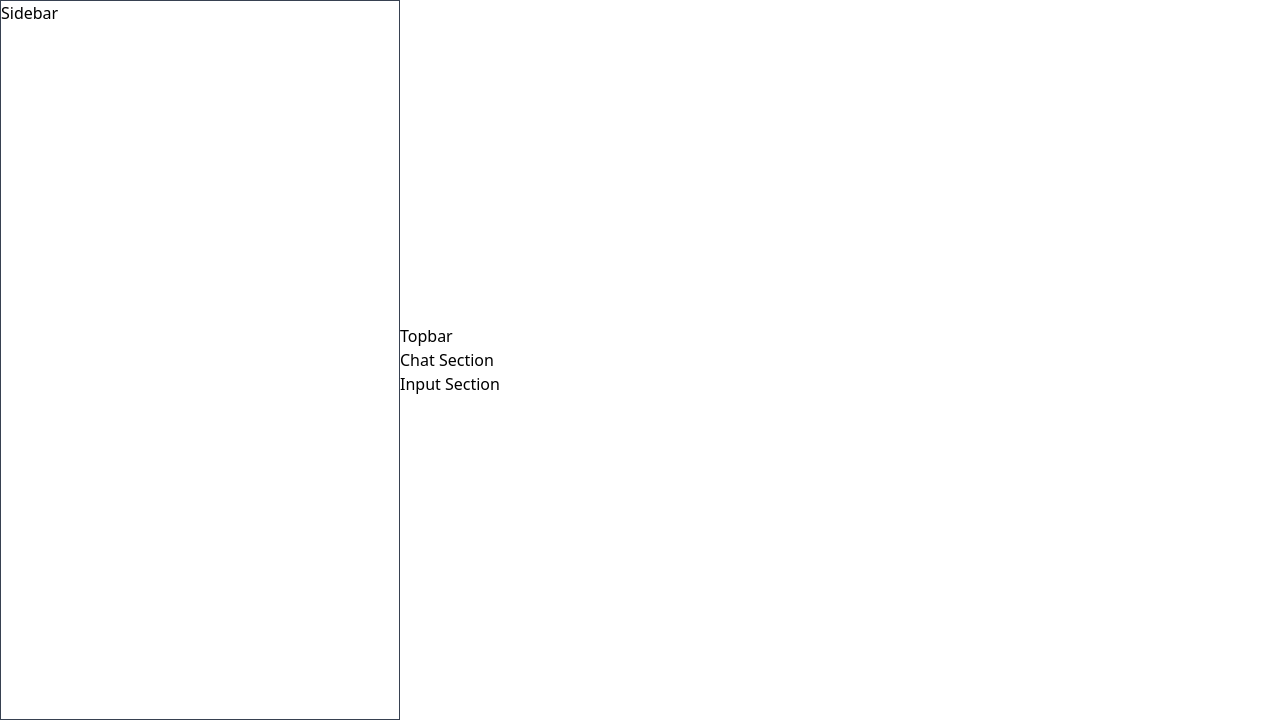
Repository: Qu4ntumGuy/telegram-clone
Page: /
These files come from the project's save history. The page is drawn as it stood at one moment and after the next save; the edit follows.
The browser window is 1280 px wide. The pictures show the whole page.
The project was rebuilt for these pictures with package versions that can differ from the ones it lists, and the page was loaded fresh each time. Also part of the build but not shown: src/Utils/ContextProvider.js.

Above is the page before, as saved 2024-07-15 10:55:21.

After the next save:
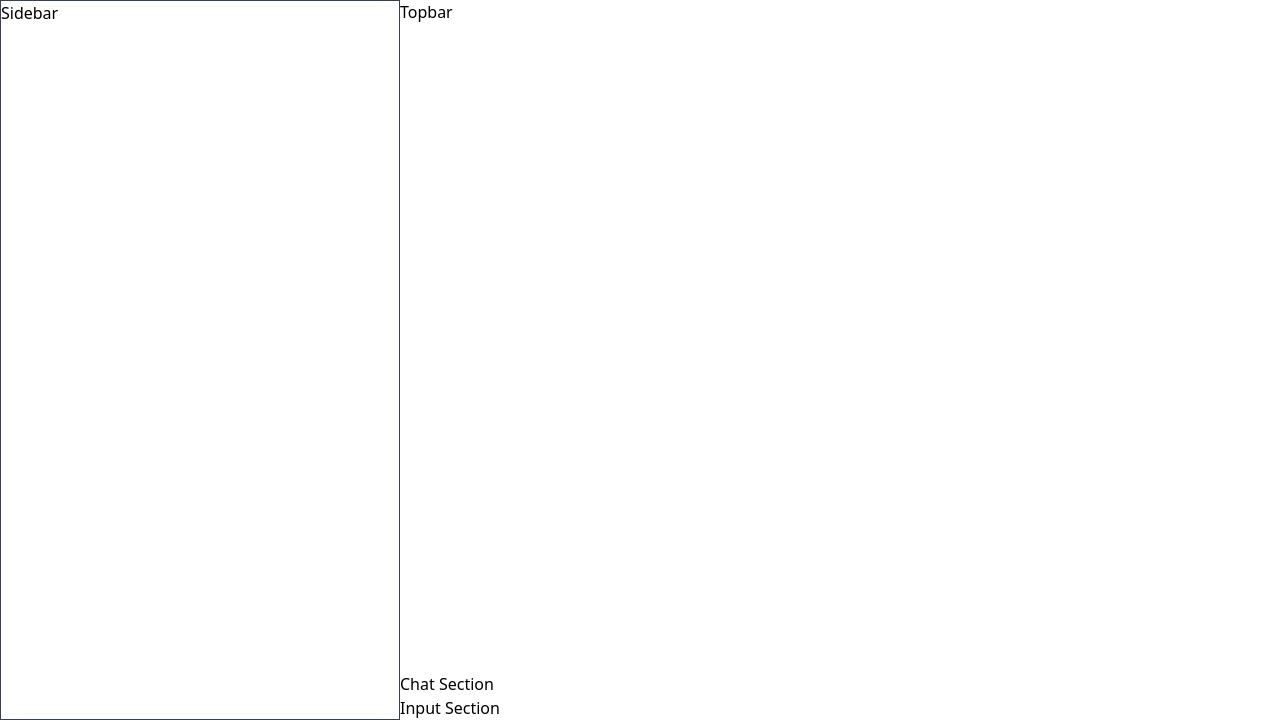
Saved 30 s later.
--- a/src/Pages/Home/Home.js
+++ b/src/Pages/Home/Home.js
@@ -3,7 +3,7 @@ import React from "react";
 function Home() {
   return (
     <div className="flex flex-col justify-center">
-      <div>Topbar</div>
+      <div className="top-0 mb-auto">Topbar</div>
       <div>Chat Section</div>
       <div className="">Input Section</div>
     </div>
